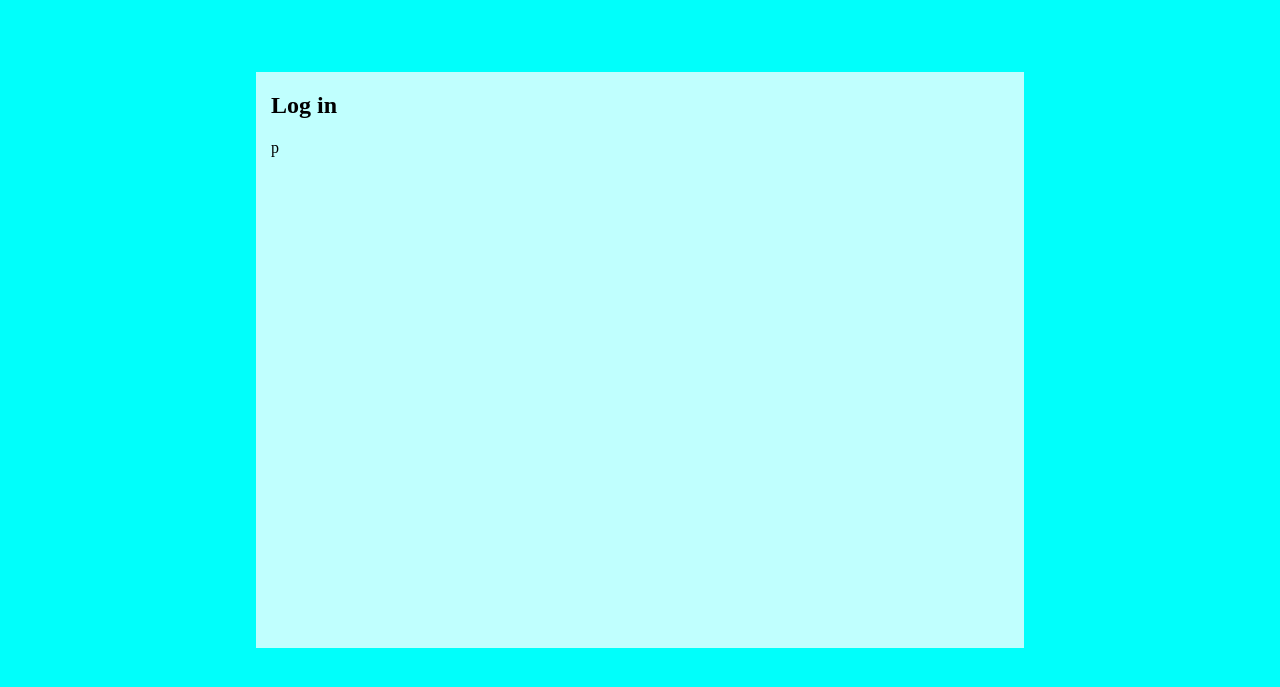
Repository: FaisalFahed/login-page
Page: html/صفحة تسجيل دخول.html
An editor plug-in stored every save of this project. The page is shown before and after a run of saves, followed by the edit.
The browser window is 1280 px wide. The pictures show the whole page.
Some web fonts or font styles are not loaded; a fallback is used.

Above is the page before, as saved 2025-04-01 08:02:57.

After the next 3 saves:
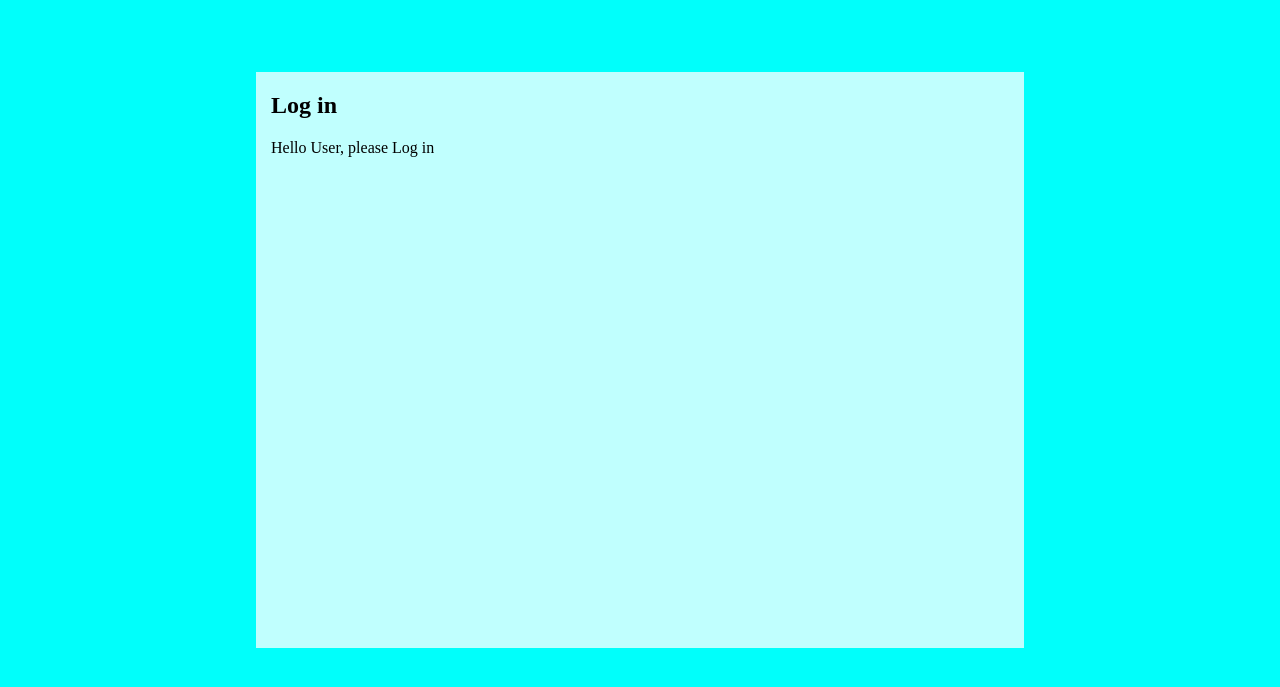
The 3 saves are shown as one change because they came seconds apart.
The last was saved 17 s later.
--- a/html/صفحة تسجيل دخول.html
+++ b/html/صفحة تسجيل دخول.html
@@ -17,7 +17,7 @@
         <div class="container">
             <div class="text">
                 <h2>Log in</h2>
-                p
+                <p>Hello User, please Log in </p>
             </div>
         </div>
     </body>
